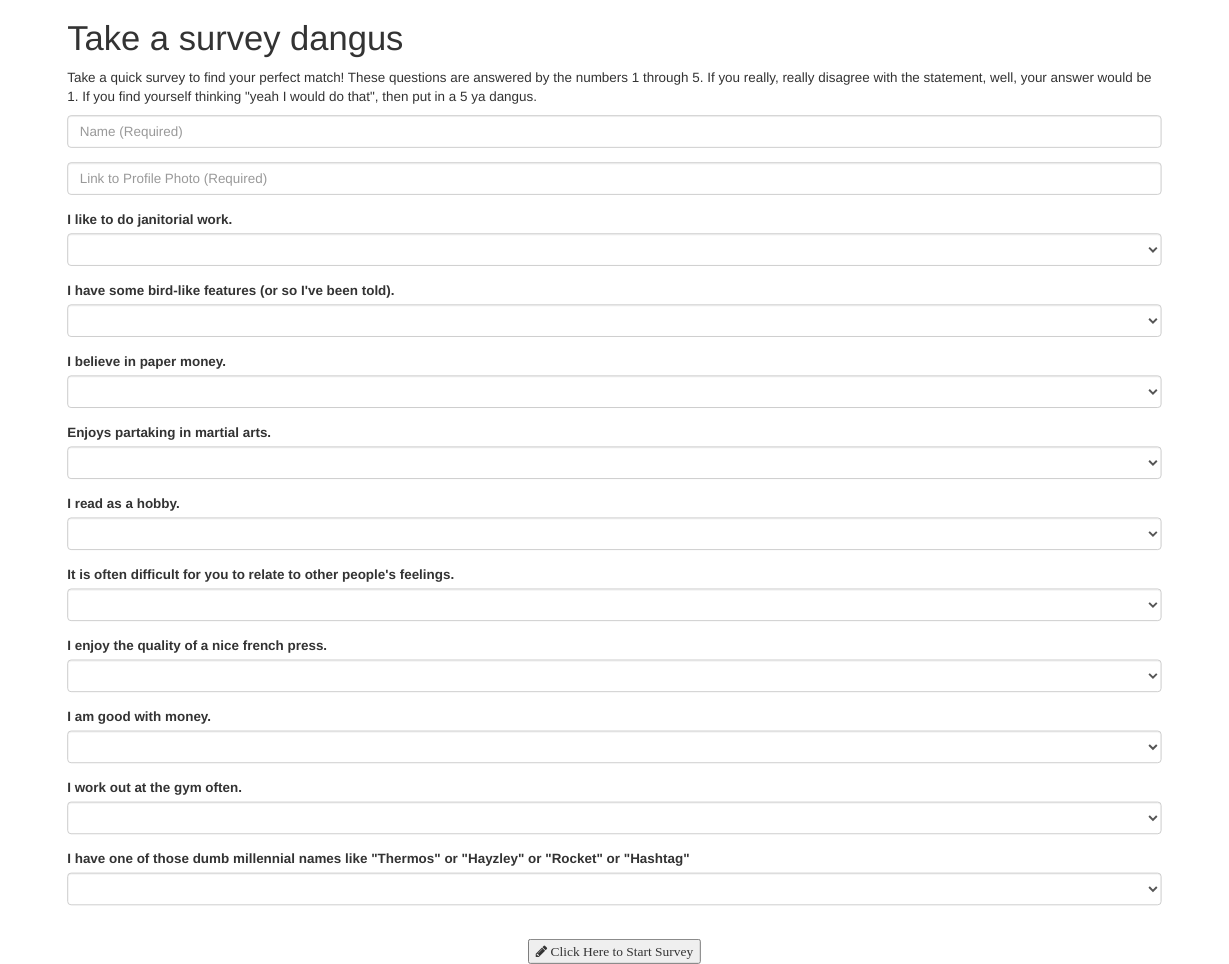
Repository: kcummings1/Mate-Matcher
Page: public/survey.html
An editor plug-in stored every save of this project. The page is shown before and after the next save, followed by the edit.
The browser window is 1280 px wide. The pictures show the whole page, at 96% of full size.
Some web libraries are served in a nearby version.

Above is the page before, as saved 2019-10-04 18:21:59.

After the next save:
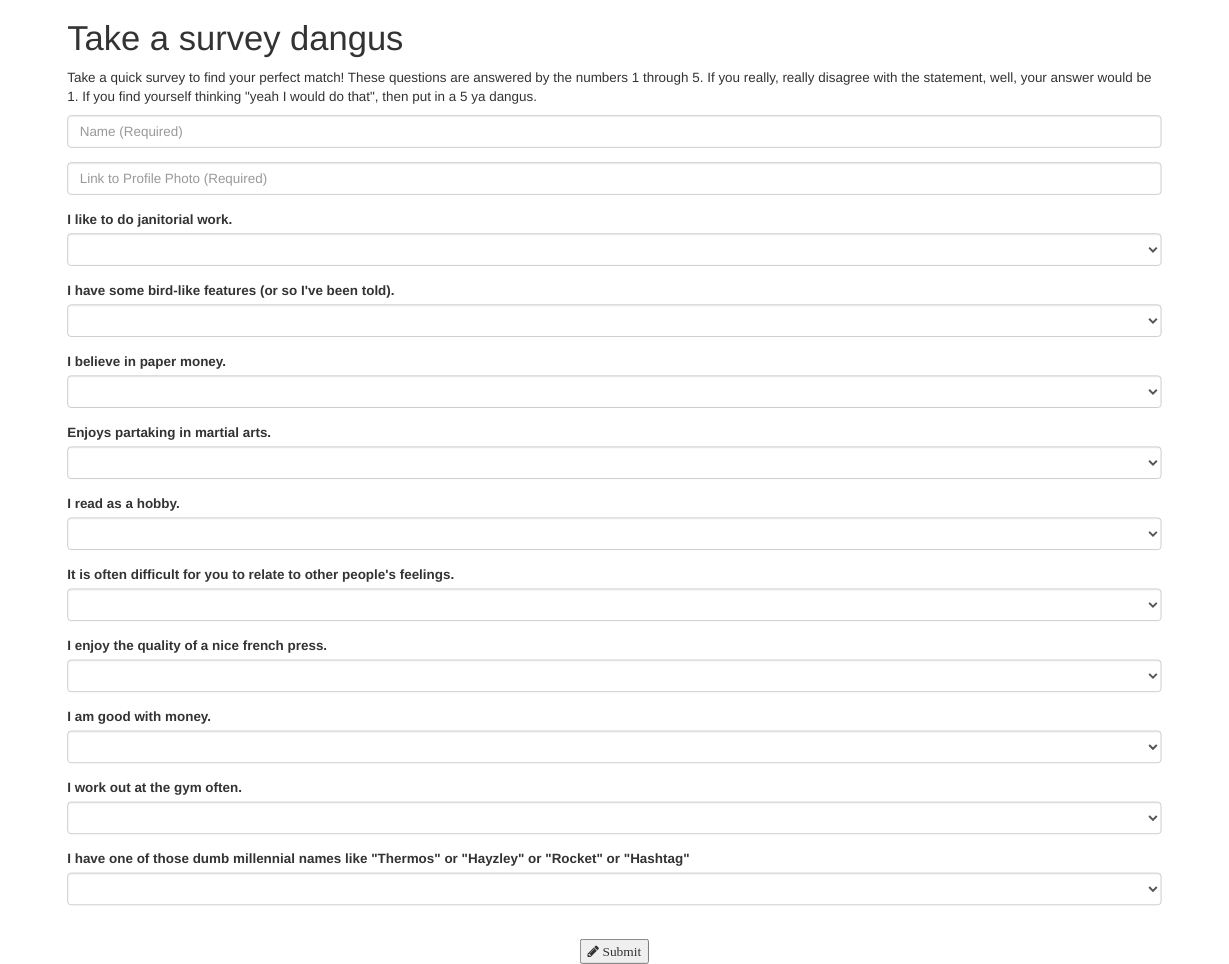
Saved 32 s later.
--- a/public/survey.html
+++ b/public/survey.html
@@ -134,7 +134,7 @@
             </div>
         </form>
         <div class="text-center"><br>
-            <button><i class="fa fa-pencil survey-button" aria-hidden="true"> Click Here to Start Survey</i></button>
+            <button><i class="fa fa-pencil survey-button"> Submit</i></button>
         </div>
 
         <!-- Modal after survey completion -->
